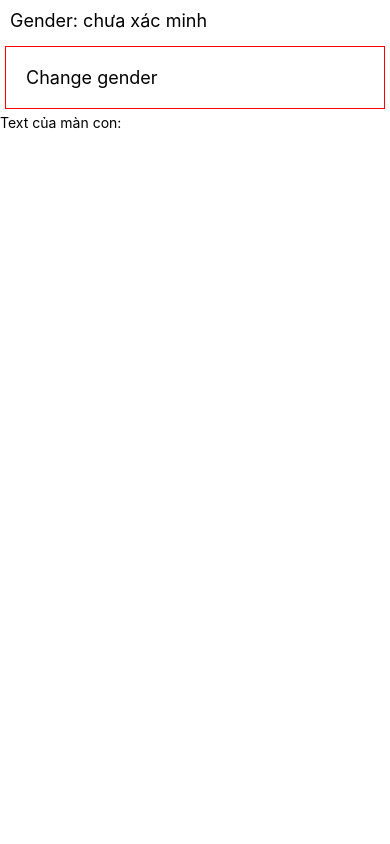
Repository: web345/test
Screen: /
These files come from the project's save history. The screen is drawn as it stood at one moment and after the next save; the edit follows.
The app was drawn by React Native's web renderer in a window 390 px wide. The project was rebuilt for these pictures with package versions that can differ from the ones it lists, and the page was loaded fresh each time.

Above is the screen before, as saved 2021-08-17 14:30:54.

After the next save:
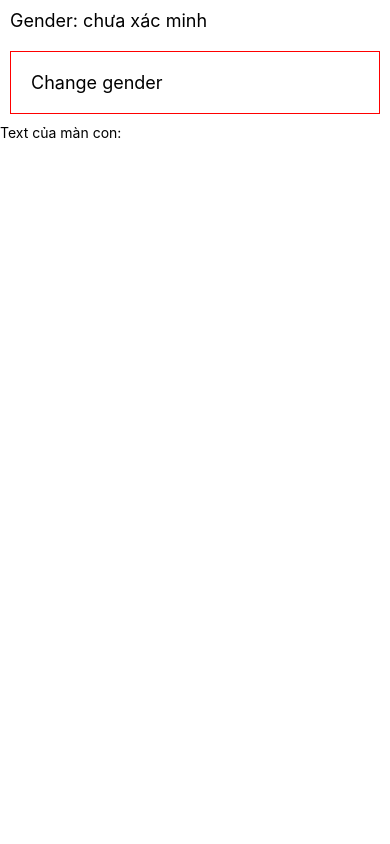
Saved 18 s later.
--- a/App.js
+++ b/App.js
@@ -10,7 +10,7 @@ export default function App() {
     <View>
     <Text style={style.text} >Gender: {gioitinh}</Text>
     <TouchableOpacity style={style.button}><Text style={style.text}>Change gender</Text></TouchableOpacity>
-    <Text>Text của màn con: {text1}</Text>
+    <Text >Text của màn con: {text1}</Text>
     </View>
   )
 }
@@ -24,6 +24,6 @@ const style =StyleSheet.create({
     borderWidth: 1,
     padding: 10,
     borderColor: "red",
-    margin: 5,
+    margin: 10,
   },
 });
